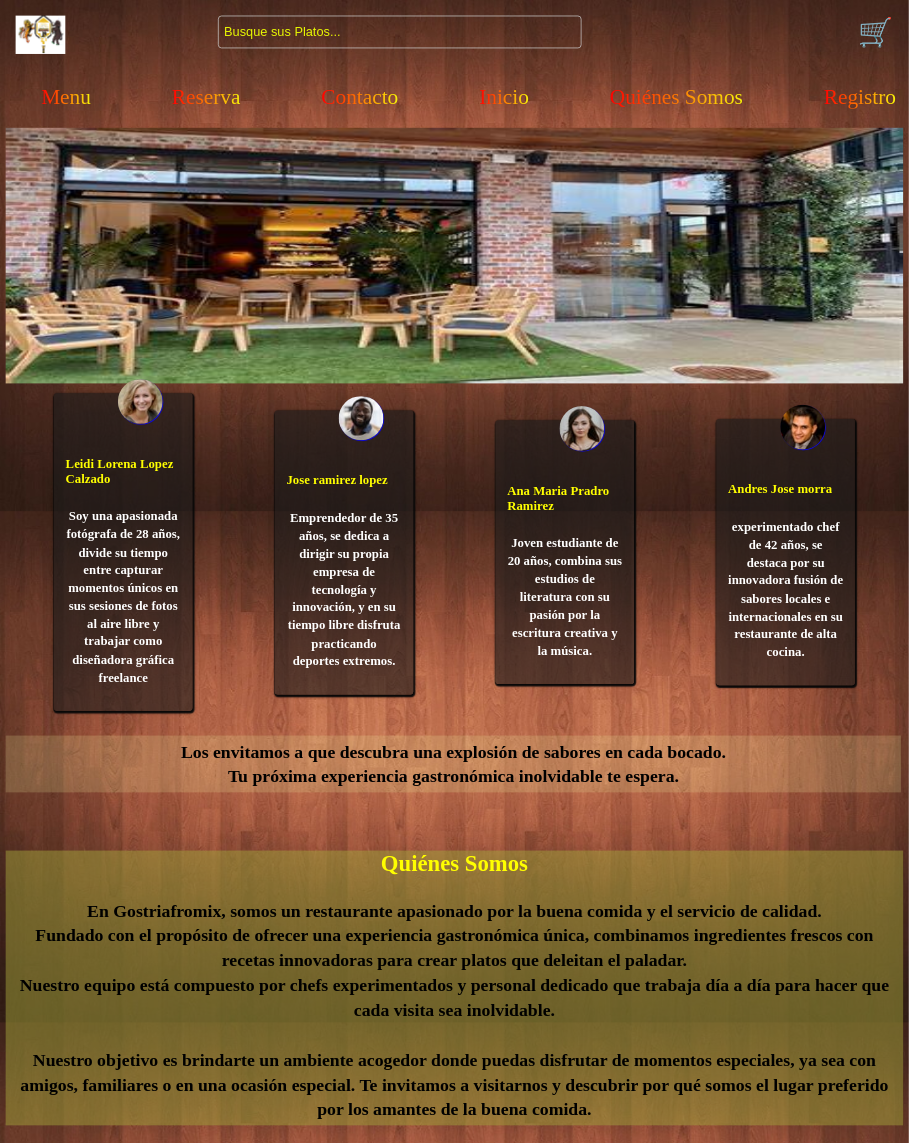
Repository: ye909/app_restaurante
Page: index.html
The author's editor kept a copy of each file at every save. The page is drawn from the files as they stood at one save, then again after the next save.
The browser window is 1280 px wide. The page is 1280 px wide, then 1288 px, then 1280 px, so the pictures cover 1288 px, including what lies to the right of the window. The pictures show the whole page, at 71% of full size.
Backgrounds fixed to the window are drawn as part of the page.

Above is the page before, as saved 2025-01-12 09:53:19.
Console error: ReferenceError: menuItems is not defined

### index.html
<!DOCTYPE html>
<html lang="en">

<head>
  <meta charset="UTF-8">
  <meta name="viewport" content="width=device-width, initial-scale=1.0">
  <title>Document</title>
  <link rel="Icon" href="./public/imagen/letra.ico">
  <link rel="stylesheet" href="/css/menu_principal.css">
  <link rel="stylesheet" href="/css/footer.css">
  <link rel="stylesheet" href="/css/heder.css">
  <link rel="stylesheet" href="/css/modal_card.css">
  <link rel="stylesheet" href="/css/stilo.css">
  <link rel="stylesheet" href="/css/menu_navegacion.css">
  <link rel="stylesheet" href="/css/reservar.css">

</head>

<body>
  <header>
    <div class="container_header_card">
      <div class="imagen"><img src="/public/imagen/login.gif" alt=""></div>

      <input type="text" id="buscar" class="buscar" placeholder="Busque sus Platos...">
      <ul id="productList" class="productList"></ul>

      <div id="cart-btn" class="shopping">🛒</div>

  </header>



  <h1 class="bienvenida" id="bienvenida">BIENVENIDOS/A</h1>
  <nav>
    <ul>
      <li id="menu-btn"><a href="#">Menu</a></li>

      <li><a href="./maquetacion/templei/reserva.html" target="_self">Reserva</a></li>
      <li><a href="#contacto">Contacto</a></li>
      <li><a href="./public/templeis/login.html" target="_self">Inicio</a></li>
      <li><a href="#somos">Quiénes Somos</a></li>
      <li><a href="./public/templeis/registro.html" target="_self">Registro</a> </li>
    </ul>
  </nav>
 <img src="./public/imagen/rrstaurante1.jpg" alt="" class="imgRestaurante" id="imgRestaurante">

  <main id="menu-view" class="menu-view">
    <div class="filter-buttons">
      <button class="filter" data-region="Todos">Todos</button>
      <button class="filter" data-region="Latinoamérica">Latinoamérica</button>
      <button class="filter" data-region="Centroamérica">Centroamérica</button>
      <button class="filter" data-region="Suramérica">Suramérica</button>
    </div>
    <div id="menu-items" class="menu-items"></div>

    <audio id="clickSound" src="./public/imagen/audio/mouse_btn3.mp3"></audio>
  </main>


  <main id="cart-view" class="cart-view">
    <h2 class="carro">Carrito de Compras</h2>
    <div id="cart-items" class="cart-items"></div>
    <div class="cart-total">
      <p>Total: <span id="cart-total">$0.00</span></p>
      <button id="back-to-menu">Volver al Menú</button>
      <button id="Domicilio"> <a href="./maquetacion/templei/domicilio.html"  target="_self">Domicilio</a></button>

    </div>
  </main>

  <div class="container_card_persona">

    <article class="container_persona">
      <img src="./public/imagen/mona.jpg" alt=""><br><br>
      <h3>Leidi Lorena Lopez Calzado</h3>
      <p>Soy una apasionada fotógrafa de 28 años,
         divide su tiempo entre capturar momentos
         únicos en sus sesiones de fotos al aire libre
         y trabajar como diseñadora gráfica freelance </p>
    </article>

    <article class="container_persona">
      <img src="./public/imagen/afro.jpg" alt=""><br><br>
      <h3>Jose ramirez lopez</h3>
      <p>Emprendedor de 35 años,
         se dedica a dirigir su propia empresa de
         tecnología y innovación, y en su tiempo libre
          disfruta practicando deportes extremos.
        </p>
    </article>


    <article class="container_persona">
      <img src="./public/imagen/indigena.jpg" alt=""><br><br>
      <h3>Ana Maria Pradro Ramirez</h3>
      <p>Joven estudiante
         de 20 años, combina sus estudios de
          literatura con su pasión
        por la escritura creativa y la música.</p>
    </article>

    <article class="container_persona">
      <img src="./public/imagen/mestizo.jpg" alt=""><br><br>
      <h3>Andres Jose morra</h3>
      <p>experimentado chef de 42 años,
        se destaca por su innovadora fusión
        de sabores locales e internacionales
        en su restaurante de alta cocina.</p>
    </article>


  </div>
  <p class="text_invitacion"> Los envitamos a que descubra una explosión de sabores en cada bocado. <br>
    Tu próxima experiencia gastronómica inolvidable te espera.
  </p>
  <br> <br>

  <div class="quienes_somos" id="somos">
    <h1 class="titu_quienson">Quiénes Somos</h1>
    <p>En <strong>Gostriafromix</strong>, somos un restaurante apasionado por la buena comida y el servicio de calidad.
      <br>
      Fundado con el propósito de ofrecer una experiencia gastronómica única, combinamos ingredientes frescos con
      recetas innovadoras para crear platos que deleitan el paladar. <br>
      Nuestro equipo está compuesto por chefs experimentados y personal dedicado que trabaja día a día para hacer que
      cada visita sea inolvidable.
    </p>
    <p>Nuestro objetivo es brindarte un ambiente acogedor donde puedas disfrutar de momentos especiales, ya sea con
      amigos, familiares o en una ocasión especial. Te invitamos a
      visitarnos y descubrir por qué somos el lugar preferido por los amantes de la buena comida.</p>
  </div>

  <!--

  <footer>
    <div class="conataine_footer">
      <div>
        <h4>Servicio al ciudadano</h4>
        <p><span>L</span>ínea directa <br> <br> (601) 2773555</p>
        <p id="domicilio"><span>S</span>ervicios ha domicilio<br> <br>328866178 <br><br>Dirreccion calle 12# 43-23 sur
        </p>

      </div>

      <div>
        <h4>Lineas de atencion</h4>
        <p><span>E</span>n Bogotá, <br> desde fijo o celular, al <br><br>
          (601) 307 70 51 <br><br>
          01 8000 930100 <br><br>
          <span>D</span>esde celular marca <br><br>
          #961
        </p>
      </div>
      <div>
        <h4>Redes</h4>
        <div><a href=""><i class="fa-brands fa-facebook"> </i></a> Facebook</div>
        <div><a href=""><i class="fa-brands fa-twitter"></i></a>Twitter</div>
        <div><a href=""><i class="fa-brands fa-linkedin"></i> </a>Linkedin</div>
        <div><a href=""><i class="fa-brands fa-instagram"></i></a> Instagram</div>
      </div>
      <div>
        <h4 id="contacto">Contacto</h4>
        <p><span>D</span>irección Nacional<br><br>
          <span>C</span>arrera 85K No. 46A-66<br><br>
          <span>b</span>ogotá D.C., Colombia<br><br>
          <span>T</span>eléfono administrativo<br><br>
          (60)1 419 3000
        </p>
      </div>

      <div>
        <h4> Canales de atención</h4>
        <p><a href="#">Preguntas frecuentes</p></a><br>
        <p><a href="#">Escríbe tu PQRS</p></a><br>
        <p><a href="#">Nuestras sedes</p></a>
      </div>
    </div>
  </footer>
  <div class="container_final">2024 Bogota Colombia D.C</div> -->


  <script src="./js/script.js"></script>
  <script src="./js/productos.js"></script>
  <script src="./js/dinamico.js"></script>
</body>

</html>

### css/menu_principal.css
 :scope{

    padding: 0%;
    margin: 0%;
    overflow: scroll;
}

html {
    scroll-behavior: smooth;
    background-image: url(../public/imagen/janos.jpg);
    background-repeat: no-repeat;
    background-size: cover;
    background-attachment: fixed;
    background-size: 100% 100%;
    height: auto;
  }
  .container_card_persona {
    display: flex;
    justify-content: space-around;
    align-items: center;
    flex-direction: row;
    flex-wrap: wrap;
    padding: 10px;
  }
  .container_persona {

    width: 14%;
    background: rgba(26, 25, 25, 0.6);
    border-radius: 4px;
    color: white;
    padding: 10px;
    height: auto;
    box-shadow: rgb(8, 8, 8) 1px 2px 2px 2px;
  }
  .container_persona img {
    object-fit: cover;
    width: 36%;
    margin-left: 80px;
    margin-top: -30px;
    border-radius: 80px;
    box-shadow: rgb(8, 4, 247) 1px 1px 1px;
  }
  .container_persona p,h3 {
    padding: 6px;
    font-size: 18px;
    text-align: center;
  }

  h3 ,.titu_quienson{
    color: yellow;
  }
  .text_invitacion {
    font-size: 25px;
    line-height: 1.4;
    width: 99%;
    text-align: center;
    background: rgba(232, 232, 157, 0.2);
  }
  .quienes-somos {
    width: 100%;
    text-align: center;
    background: rgba(232, 232, 157, 0.4);
  }
  .quienes-somos p {
    font-size: 30px;
    line-height: 1.4;
  }

### css/footer.css
.conataine_footer {
  display: flex;
  justify-content: space-between;
  flex-direction: row;
  flex-wrap: wrap;
  margin: 10px;
}

p {

  padding: 5px;
  font-size: 20px;
  font-weight: bold;
}
span {
  font-size: 25px;
}
.quienes_somos {
  background:rgba(161, 161, 59, 0.5);
}
.quienes_somos p{
  text-align: center;
font-size: 25px;
}
:is(.container_final) {
  display: flex;
  justify-content: center;
  align-items: center;
}

h4 {
  color: blue;
  font-size: 30px;
}
:is(.container_final, h4, i) {
  padding: 10px;
}
.container_final {
  background: rgba(12, 12, 12, 0.2);
  color: white;
}
.fa-facebook {
  color: rgb(5, 5, 253);
}
.fa-twitter {
  color: rgb(8, 123, 245);
}
.fa-linkedin {
  color: rgb(71, 71, 155);
}
.fa-instagram {
  color: rgb(243, 17, 17);
}
a {
  cursor: pointer;

}
footer a {
  font-size: 20px;
  color: white;
}
footer {
  background: rgba(10, 10, 10, 0.6);
  color: white;
}

### css/heder.css
.container_header_card{
    display: flex;
    justify-content: space-between;
    justify-items: center;
    flex-direction: row;
    flex-wrap: wrap;
    padding: 14px;
    }

 .productList {
     list-style-type: none;
     padding: 0;
 }

 .productList li {
     padding: 10px;
     border-bottom: 1px solid #ccc;
 }

 .productList li:last-child {
     border-bottom: none;
 }

  .container_header_card img{
    width: 70px;
}
  .shopping{
    font-size: 40px;
cursor: pointer;
}
.buscar::placeholder{
    color:rgb(232, 248, 3);
    font-size: 18px;
}

.buscar {
    width: 40%;
    height: 3.9vh;
    background:transparent;
    color:white;
    font-size: 18px;
    border-radius: 5px;
    margin-left: 20px;
}
:is(.bienvenida,
 .buscar){
     padding: 8px;
 }
 .bienvenida{
    background-image:linear-gradient(to left, rgb(4, 151, 4), rgb(248, 244, 7),  red,rgb(14, 14, 240));
    -webkit-text-fill-color:transparent;
    -webkit-background-clip: text;
    background-clip: text;
    text-align: center;


}

### css/modal_card.css
t-items{
     display: none;
}
.menu-items{
  width: 100%;
  height: 100%;
  background: rgba(12, 12, 12, 0.7);
  position: absolute;
}
.card {
display: inline-block;
justify-content: space-between;
flex-direction: row;
flex-wrap: wrap;
margin: 10px;

}

.card {
  width: 18%;
  height: 49vh;
  padding: 10px;
  background: rgba(0, 0, 0, 0.4);
  border-radius: 10px;
  box-shadow: rgb(8, 4, 247) 1px 1px 1px 3px ;
}

.card img {
  width: 96%;
  height: auto;
  object-fit: cover;
  border-radius: 5px;

}
.cart-view,.menu-view{
  display: none;
}

h3{
  color:yellow;
  text-align: left;
}

.cart-total {
  text-align: right;
  margin: 20px;
}


.cart-total{
  font-size: 20px;
  color:blue;
}
button {
  width: 270px;
  padding: 10px;

  /* margin: 10px;
  transition: background-color 0.3s ease, transform 0.2s ease;
  border-radius: 20px ;
  background: rgba(247, 247, 248, 0.568) ;
  color: blue;
  font-size: 20px; */
}
/* button:hover {
  border: none;
  background: #0606f8fd;
  color: black;
  box-shadow: rgb(7, 71, 236) 2px 2px 2px, rgb(7, 71, 236) 2px 2px 2px,
    rgb(7, 71, 236) 2px 2px 2px, rgb(7, 71, 236) 2px 2px 2px;
}
     .card button {
  margin-top: 10px;
  background-color: #007bff;
  color: white;
  border: none;
  padding: 10px;
  border-radius: 5px;
  cursor: pointer;
}

.card button:hover {
  background-color: #0056b3;
} */

### css/stilo.css


/*

    .filter-buttons {
      margin: 20px;
      text-align: center;
    }

    .filter {
      margin: 5px;
      padding: 10px 15px;
      background-color: #007bff;
      color: white;
      border: none;
      cursor: pointer;
      border-radius: 5px;
    }

    .filter:hover {
      background-color: #0056b3;
    }
    .menu-items,.cart-view{
      display: flex;
      justify-content: space-between;
      justify-content: center;
      flex-direction: row;
      flex-wrap: wrap;
      gap: 20px;
    }
     */

### css/menu_navegacion.css


ul{
display: flex;
justify-content: space-between;
text-align: center;
flex-direction: row;
flex-wrap: wrap;
}
li{
    font-size: 30px;
    list-style: none;
margin: 10px;

}
.imgRestaurante {
    width: 100%;
    height: 50vh;

  }
a{

    list-style: none;
    text-decoration: none;
    color: blue;
}
li:hover{
    transition: 1s ease , transform 1s ease;
    border-bottom: 2px solid yellow;


}
nav a{
    background-image:linear-gradient(to left, rgb(248, 244, 7),  red);
    -webkit-text-fill-color:transparent;
    -webkit-background-clip: text;
    background-clip: text;
    text-align: center;
}

### css/reservar.css

html {
    scroll-behavior: smooth;
    background-image: url(../public/imagen/fondo_card.jpg);
    background-repeat: no-repeat;
    background-size: cover;
    background-attachment: fixed;
    background-size: 100% 100%;
    height: auto;
  }
.container {
    max-width: 450px;
    margin: 100px 700px;
    background:rgba(14, 13, 13,0.3);
    box-shadow: rgb(7, 71, 236)  1px 1px 1px 2px,rgb(7, 71, 236) 1px  1px 1px 2px;
    padding: 20px;
    border-radius: 8px;

}
.form{
  padding: 10px;
  margin-left: 30px;
}
.title {
    text-align: center;
    font-size: 30px;
    margin-bottom: 20px;
  }

  .form-group {
    margin-bottom: 15px;
  }


  label {
    display: block;
    margin-bottom: 5px;
    font-weight: bold;
    font-size: 25px;
  }
  ::placeholder{
    font-size: 20px;
  }
  input:focus{

  outline: 1px solid #007BFF;
  background:transparent;
  color:white;
  }
  input, textarea {
    width: 80%;
    padding: 10px;
    border: 1px solid #ccc;
    border-radius: 4px;
  }
  #hora{
    width: 60%;
  }

  .inline-group {
    display: flex;
    gap: 15px;
  }

  .inline-group > div {
    flex: 1;
  }

  textarea {
    resize: vertical;
  }

.submit-button {
  width: 86%;
  padding: 10px;
  background-color: #007BFF;
  color: white;
  border: none;
  border-radius: 4px;
  font-size: 16px;
  cursor: pointer;
}

.submit-button:hover {
  background-color: #0056b3;
}

/*crear la animacion donde el mensaje salga de ariba asta el centro de la panta */

.container_modal_reserva{
  transition: 2s;
  max-width: 450px;
  margin: 100px 700px;
  background:rgba(14, 13, 13,0.3);
  box-shadow: rgb(7, 71, 236)  1px 1px 1px 2px,rgb(7, 71, 236) 1px  1px 1px 2px;
  padding: 20px;
  border-radius: 8px;
 opacity: 0;

}
h1 {
  color: #007bff;
  text-align: center;
}
p {
  line-height: 1.4;
  font-size: 24px;
}
.mensaje{
  text-align: center;
  font-weight: bolder;
}
.validar_nombre{
    font-size: 30px;
    color: white;
}

### js/script.js

  let cart = [];
  let selectedRegion = "Todos";

  const menuView = document.getElementById("menu-view");
  const cartView = document.getElementById("cart-view");
  const menuItemsContainer = document.getElementById("menu-items");
  const cartItemsContainer = document.getElementById("cart-items");
  const cartTotal = document.getElementById("cart-total");

  document.querySelectorAll(".filter").forEach(button => {
    button.addEventListener("click", () => {
      selectedRegion = button.getAttribute("data-region");
      renderMenu();
    });
  });

  document.getElementById("menu-btn").addEventListener("click", () => {

    menuView.style.display = "block";
    cartView.style.display = "none";
    const  imgRestaurante = document.getElementById("imgRestaurante").remove()
    // audio de los botones
const playSound = function () {
  var audio = document.getElementById("clickSound");
  audio.play();
}
playSound()
  });

  document.getElementById("cart-btn").addEventListener("click", () => {
    menuView.style.display = "none";
    cartView.style.display = "block";
    renderCart();
  });

  document.getElementById("back-to-menu").addEventListener("click", () => {
    menuView.style.display = "block";
    cartView.style.display = "none";
  });

  function renderMenu() {
    menuItemsContainer.innerHTML = "";
    const filteredItems = selectedRegion === "Todos" ? menuItems : menuItems.filter(item => item.region === selectedRegion);
    filteredItems.forEach(item => {

      const card = document.createElement("div");
      card.className = "card";
      card.innerHTML = `
        <img src="${item.image}" alt="${item.name}">
        <h3>${item.name}</h3>
        <p>${item.description}</p>
        <p><strong>$${item.price.toFixed(2)}</strong></p>
        <button id="btnaudio" onclick="addToCart(${item.id})">Agregar</button>
      `;
      menuItemsContainer.appendChild(card);
    });
  }

  function renderCart() {
    cartItemsContainer.innerHTML = "";
    cart.forEach(item => {
      const cartItem = document.createElement("div");
      cartItem.className = "card";
      cartItem.innerHTML = `
        <h3>${item.name}</h3>
        <p>Cantidad: ${item.quantity}</p>
        <p><strong>$${(item.price * item.quantity).toFixed(2)}</strong></p>
      `;
      cartItemsContainer.appendChild(cartItem);
    });
    const total = cart.reduce((sum, item) => sum + item.price * item.quantity, 0);
    cartTotal.textContent = `$${total.toFixed(2)}`;
  }

  function addToCart(id) {
    const item = menuItems.find(item => item.id === id);
    const cartItem = cart.find(item => item.id === id);
    if (cartItem) {
      cartItem.quantity++;
    } else {
      cart.push({ ...item, quantity: 1 });
    }
  }

  renderMenu();

### js/productos.js
const menuItems = [
  {
    id: 1,
    name: "Bebida caliente",
    description: "Delicious tacos",
    price: 12.99,
    image: "./public/imagen/bebidas_calientes1.PNG",
    region: "Latinoamérica",
  },
  {
    id: 2,
    name: "carne",
    description: "Thick griddle cakes",
    price: 9.99,
    image: "/public/imagen/mexica1.jpg",
    region: "Centroamérica",
  },
  {
    id: 3,
    name: "Cerveza",
    description: "Fresh seafood",
    price: 15.99,
    image: "./public/imagen/cervezas.webp",
    region: "Bebida con alcol",
  },
  {
    id: 4,
    name: "plátanos rellenos",
    description: "Rellenos de bocadillo y queso",
    price: 15.99,
    image: "./public/imagen/platano.PNG",
    region: "Suramérica",
  },
  {
    id: 5,
    name: "Coltel",
    description: "Fresh seafood",
    price: 15.99,
    image: "./public/imagen/coltel.webp",
    region: "Bebida con alcol",
  },
  {
    id: 6,
    name: "Postre",
    description: "Sabor y dulsura en el plato",
    price: 15.99,
    image: "./public/imagen/postre2.PNG",
    region: "Suramérica",
  },
  {
    id: 7,
    name: "Lechona",
    description: "plátanos rellenos",
    price: 15.99,
    image: "./public/imagen/mexica2.jpg",
    region: "Suramérica",
  },
  {
    id: 8,
    name: "Sancocho",
    description: "Fresh seafood",
    price: 15.99,
    image: "./public/imagen/sancocho.webp",
    region: "Suramérica",
  },
  {
    id: 9,
    name: "Arrozanas",
    description: "Fresh seafood",
    price: 15.99,
    image: "./public/imagen/mexico6.jpg",
    region: "Suramérica",
  },
  {
    id: 10,
    name: "Licor",
    description: "Fresh seafood",
    price: 15.99,
    image: "./public/imagen/licores.webp",
    region: "Suramérica",
  },
  {
    id: 11,
    name: "Jugos",
    description: "Sabor natural",
    price: 15.99,
    image: "./public/imagen/JUGOS_NATURALES.jpg",
    region: "Suramérica",
  },
];

### js/dinamico.js




// texto de bienvenida

setTimeout(()=>{
    const bienvenida = document.getElementById("bienvenida").remove()
    bienvenida.style.transition=" background-color 0.3s ease, transform 0.7s ease; "
},3000)






// // Ejemplo de notificación (opcional)
// document.getElementById('btnboton_agregar').addEventListener('click', () => {
//     if (Notification.permission === 'granted') {
//         new Notification('¡Hola desde tu PWA!');
//     } else if (Notification.permission !== 'denied') {
//         Notification.requestPermission().then((permission) => {
//             if (permission === 'granted') {
//                 new Notification('¡Hola desde tu PWA!');
//             }
//         });
//     }
// });

After the next save:
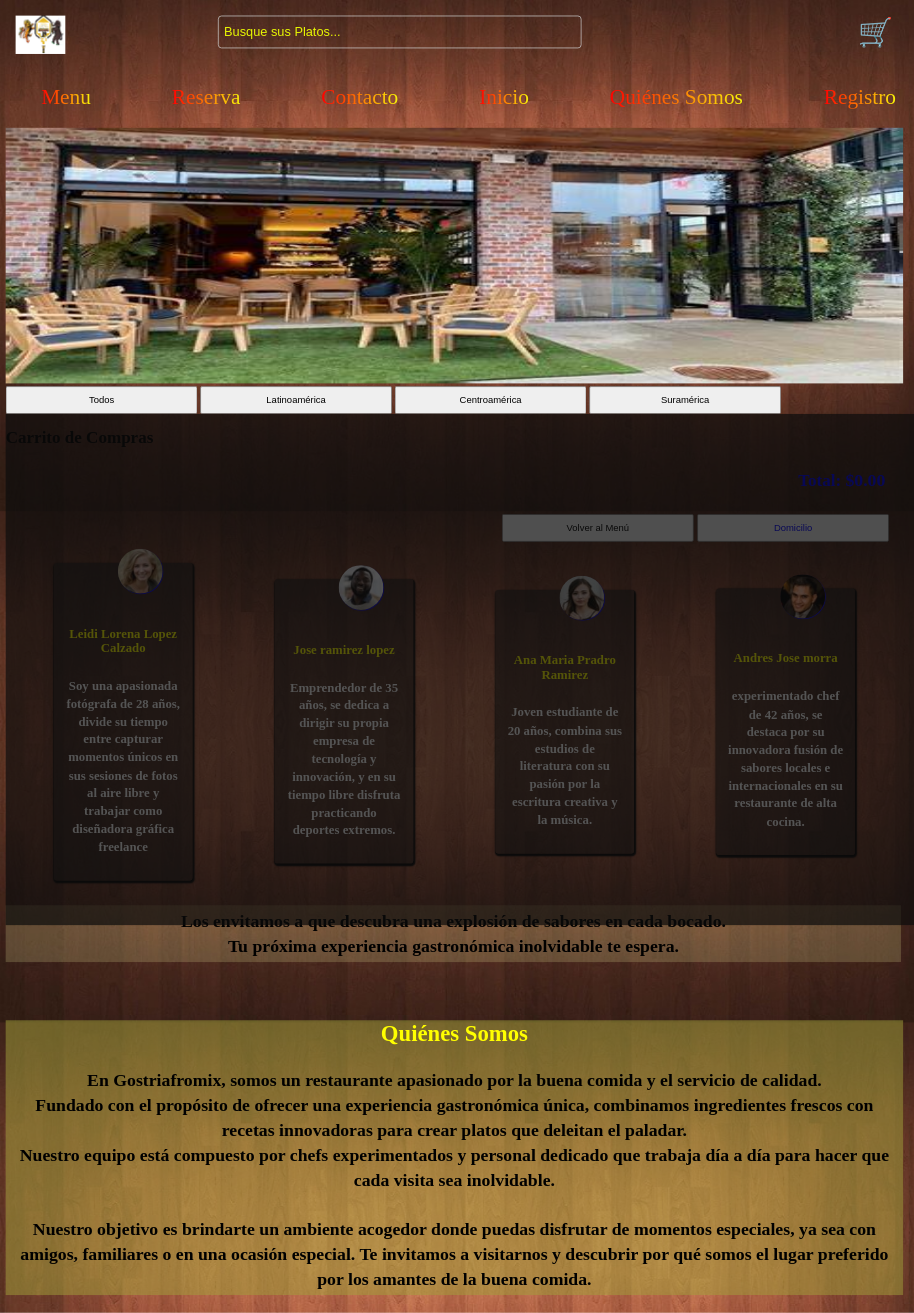
Saved 27 s later.
--- a/css/modal_card.css
+++ b/css/modal_card.css
@@ -25,14 +25,14 @@
   box-shadow: rgb(8, 4, 247) 1px 1px 1px 3px ;
 }
 
-.card img {
+/* .card img {
   width: 96%;
   height: auto;
   object-fit: cover;
   border-radius: 5px;
 
 }
-.cart-view,.menu-view{
+.cart-view,.menu-view{ */
   display: none;
 }
 

After the save that followed:
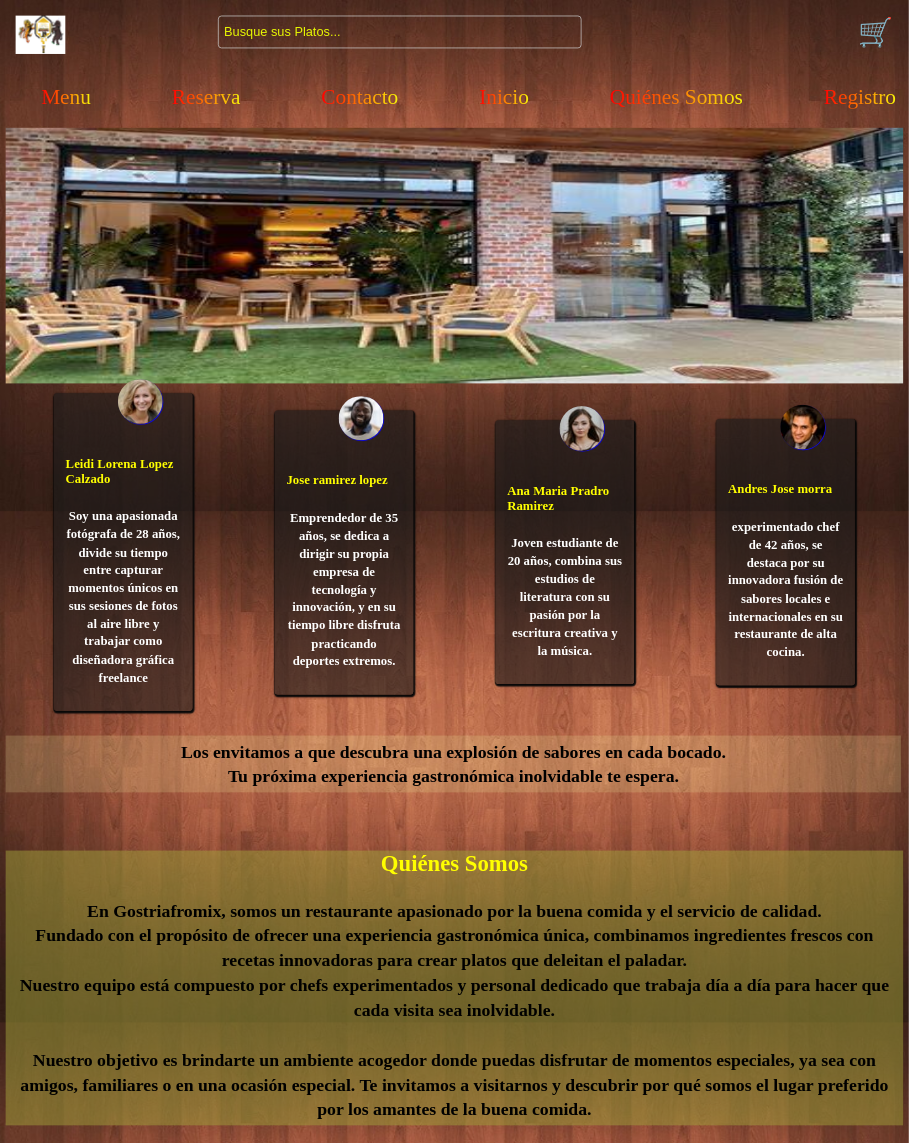
Saved 57 s later.
--- a/css/modal_card.css
+++ b/css/modal_card.css
@@ -25,14 +25,18 @@
   box-shadow: rgb(8, 4, 247) 1px 1px 1px 3px ;
 }
 
-/* .card img {
+.card img {
   width: 96%;
   height: auto;
   object-fit: cover;
   border-radius: 5px;
 
 }
-.cart-view,.menu-view{ */
+.card p{
+  color:white;
+  font-size: 20px;
+}
+.cart-view,.menu-view{
   display: none;
 }
 
